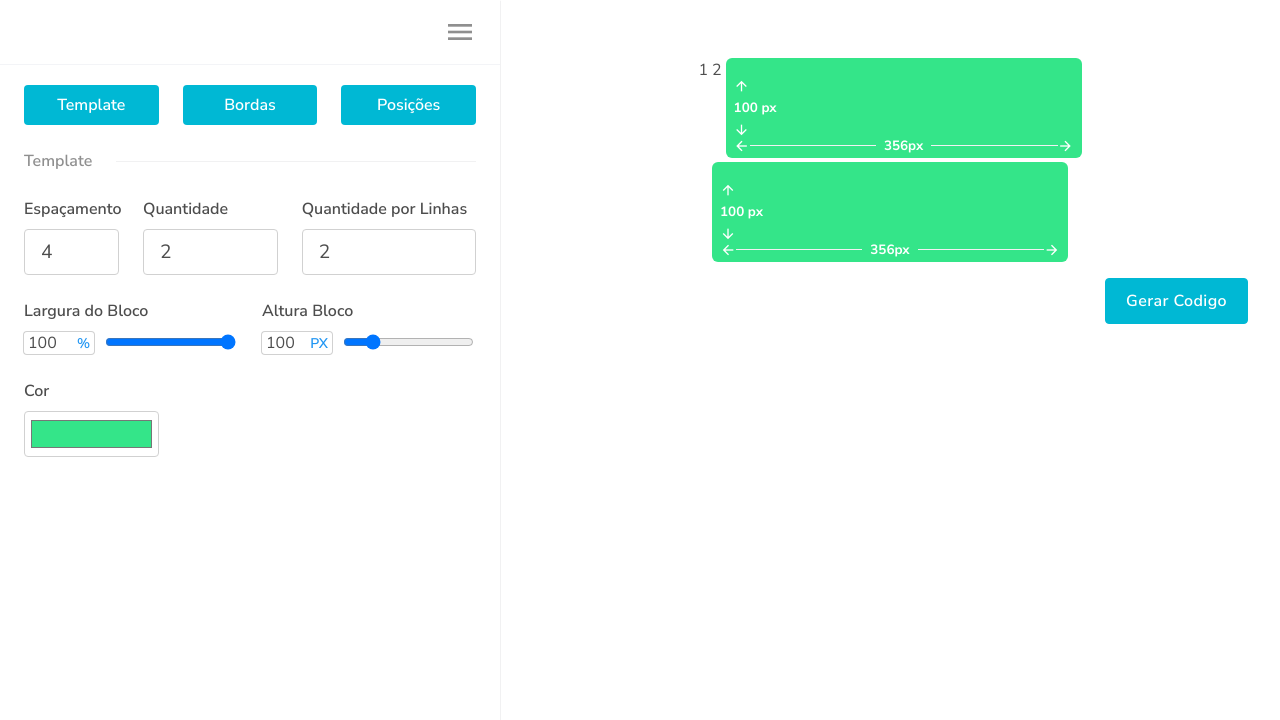
Repository: Flintdl/lowcode-elements
Page: /
These files come from the project's save history. The page is drawn as it stood at one moment and after the next save; the edit follows.
The browser window is 1280 px wide. The pictures show the whole page.
The project was rebuilt for these pictures with package versions that can differ from the ones it lists, and the page was loaded fresh each time. Also part of the build but not shown: vue.config.js.

Above is the page before, as saved 2022-04-06 12:22:32.

### src/assets/scss/_variables.scss
// Primarys Colors
$standardTextColor: #4d4d4d;

$primaryColor: #8e6dff;
$secondaryColor: #009997;
$buttonDisableColor: #9c9c9c;
$buttonDisableBgColor: #7676764d;

// Menu Colors

$bgMenuColor: #1d1d1d;
$linkMenuColor: #7b8089;
$iconMenuColor: #2a2a2a;
$borderMenuColor: #323232;

// Botão Colors

$btnPrimary: #00b8d4;
$btnPrimaryHover: #0085b0;

// Generics Colors

$whiteColor: #ffffff;
$mutedColor: #8f8f8f;
$cardColor: #f3f4f7;
$cardColorLight: #f9fafc;
$cardColorLightTwo: #f1f5fc;
$greyLight: #d1d1d1;

// Dropdown Colors

$dropdownHeaderColor: #5f5f5f;
$dropdownColor: #ebffff;

// State Colors

$successColor: #3dc661;
$dangerColor: #e7515a;
$warningColor: #e2a03f;
$infoColor: #2196f3;
$defaultColor: #172b4d;
$lightColor: #e0e0e0;

### src/views/HomeView.vue
<template>
  <div>
    <div class="sf-row">
      <div
        id="sf-preview-code-content"
        class="sf-col-12 sf-mx-auto sf-position-relative"
      >
        <!-- <div class="sf-display-flex sf-flex-wrap sf-width-100">
          <div
            id="sf-grid-template"
            class="sf-grid sf-position-relative"
            :style="{
              width: cssProps.width,
              height: String(valorHeight) + 'px',
              left: inputGap / 2 + 'px',
            }"
            v-bind:key="n"
            v-for="n of quantidade"
          ></div>
        </div> -->
        <div id="sf-preview-code">
          <div
            :style="gapProps"
            :class="[
              'sf-display-flex sf-flex-wrap sf-width-100',
              'sf-justify-content-' + checkValue,
            ]"
          >
            <span v-bind:key="linha" v-for="linha of Number(quantidadeLinha)">{{
              linha
            }}</span>
            <DivGrid
              v-bind:key="n"
              v-for="n of quantidade"
              :tamanho="String(valor)"
              :altura="String(valorHeight)"
              :cssDefinido="cssProps"
              class="sf-position-relative"
            />
          </div>
        </div>
      </div>
      <div class="sf-col-12 sf-mt-3 sf-display-flex sf-justify-content-end">
        <button class="sf-btn sf-btn-primary" @click="gerarCodigo">
          Gerar Codigo
        </button>
      </div>
    </div>
    <div class="sf-row" v-if="htmlPreviewCode">
      <div class="sf-col-12 sf-mx-auto sf-mt-5 sf-code-content">
        <div class="sf-bg-code sf-p-4 sf-border-radius">
          <code>
            <span class="sf-text-info">Código do Preview</span> <br />
            {{ htmlPreviewCode }}
          </code>
        </div>
      </div>
    </div>
  </div>
</template>

<script>
// @ is an alias to /src

import DivGrid from "@/components/templates/DivGrid.vue";

export default {
  name: "HomeView",
  data: function () {
    return {
      htmlPreviewCode: null,
    };
  },
  components: {
    DivGrid,
  },
  props: {
    valor: String,
    inputGap: String,
    quantidade: Number,
    valorHeight: String,
    quantidadeLinha: String,
    inputBorderRadius: String,
    checkValue: String,
    inputColor: String,
    inputBorder: String,
    inputBorderColor: String,
    inputBorderTipo: String,
  },
  computed: {
    cssProps() {
      return {
        width: `calc((${this.valor}% - ${this.inputGap}px * ${
          this.quantidadeLinha - "1"
        }) / ${this.quantidadeLinha})`,
        height: this.valorHeight + "px",
        "border-radius": this.inputBorderRadius + "px",
        "background-color": this.inputColor,
        border:
          this.inputBorder +
          "px" +
          " " +
          this.inputBorderTipo +
          " " +
          this.inputBorderColor,
      };
    },
    gapProps() {
      return {
        gap: this.inputGap + "px",
      };
    },
  },
  methods: {
    gerarCodigo() {
      this.htmlPreviewCode =
        document.getElementById("sf-preview-code").innerHTML;
    },
  },
};
</script>

<style>
#sf-grid-template:after {
  content: "";
  width: 100%;
  height: 150%;
  top: -25%;
  background-color: #ff008c0a;
  border: 1px solid rgba(255, 0, 140, 0.103);
  border-left: 2px solid #ff008c38;
  border-right: 2px solid #ff008c38;
  position: absolute;
}
</style>

### src/components/templates/InputGapTemplate.vue
<template>
  <div class="sf-col-3 sf-form-group">
    <label class="sf-label">Espaçamento</label>
    <input
      type="number"
      min="1"
      max="12"
      value="2"
      id="inputGap"
      v-model="valor"
      class="filter-states sf-text-capitalize"
      placeholder="Quantidade de Blocos"
    />
  </div>
</template>

<script>
export default {
  props: {
    valorInput: String,
  },
  computed: {
    valor: {
      get() {
        var inp = this.valorInput;
        return inp;
      },
      set(valorInput) {
        this.$emit("callback", valorInput);
      },
    },
  },
};
</script>

<style></style>

### src/components/templates/InputQuantidadeTemplate.vue
<template>
  <div class="sf-col-4 sf-form-group">
    <label class="sf-label">Quantidade</label>
    <input
      type="number"
      value="1"
      id="inputQuantidade"
      v-model="valor"
      class="filter-states sf-text-capitalize"
      placeholder="Quantidade de Blocos"
    />
  </div>
</template>

<script>
export default {
  props: {
    valorInput: String,
  },
  computed: {
    valor: {
      get() {
        var inp = this.valorInput;
        return inp;
      },
      set(valorInput) {
        this.$emit("callback", valorInput);
      },
    },
  },
};
</script>

<style></style>

### src/components/templates/InputQuantLinhasTemplate.vue
<template>
  <div class="sf-col-5 sf-form-group">
    <label class="sf-label">Quantidade por Linhas</label>
    <input
      type="number"
      min="1"
      max="12"
      value="1"
      id="inputQuantidadeLinha"
      v-model="valor"
      class="filter-states sf-text-capitalize"
      placeholder="Quantidade Linha"
    />
  </div>
</template>

<script>
export default {
  props: {
    valorInput: String,
  },
  computed: {
    valor: {
      get() {
        var inp = this.valorInput;
        return inp;
      },
      set(valorInput) {
        this.$emit("callback", valorInput);
      },
    },
  },
};
</script>

<style></style>

### src/components/templates/InputLarguraBloco.vue
<template>
  <div class="sf-col-6 sf-form-group">
    <label class="sf-label">Largura do Bloco</label>
    <div class="sf-input-group">
      <div
        class="sf-input-group-append sf-display-flex sf-justify-content-center"
      >
        <div
          class="sf-display-flex sf-align-items-center sf-justify-content-center sf-border-left-0 sf-border-radius sf-border-radius-left-0 sf-pr-2 sf-text-info sf-font-weight-bold sf-min-80-px"
        >
          <div class="sf-input-group">
            <input
              type="number"
              value="1"
              min="1"
              max="100"
              v-model="valor"
              class="sf-text-md sf-height-fit-content sf-pr-0 sf-pl-1 sf-border-right-0 sf-border-radius-right-0 sf-text-capitalize"
              placeholder="Curva da Borda"
            />
            <div
              class="sf-input-group-append sf-display-flex sf-justify-content-center"
            >
              <div
                class="sf-display-flex sf-align-items-center sf-border sf-justify-content-center sf-border-left-0 sf-border-radius sf-border-radius-left-0 sf-pr-1 sf-text-info sf-font-weight-bold sf-text-sm"
              >
                %
              </div>
            </div>
          </div>
        </div>
      </div>
      <input
        type="range"
        min="10"
        max="100"
        value="10"
        id="inputRange"
        v-model="valor"
        class="sf-px-0 sf-border-right-0 sf-border-radius-right-0 sf-text-capitalize"
      />
    </div>
  </div>
</template>

<script>
export default {
  props: {
    valorInput: String,
  },
  computed: {
    valor: {
      get() {
        var inp = this.valorInput;
        return inp;
      },
      set(valorInput) {
        this.$emit("callback", valorInput);
      },
    },
  },
};
</script>

<style></style>

### src/components/templates/InputAlturaBloco.vue
<template>
  <div class="sf-col-6 sf-form-group">
    <label class="sf-label">Altura Bloco</label>
    <div class="sf-input-group">
      <div
        class="sf-input-group-append sf-display-flex sf-justify-content-center"
      >
        <div
          class="sf-display-flex sf-align-items-center sf-justify-content-center sf-border-left-0 sf-border-radius sf-border-radius-left-0 sf-pr-2 sf-text-info sf-font-weight-bold sf-min-80-px"
        >
          <div class="sf-input-group">
            <input
              type="number"
              value="1"
              min="1"
              max="500"
              v-model="valor"
              class="sf-text-md sf-height-fit-content sf-pr-0 sf-pl-1 sf-border-right-0 sf-border-radius-right-0 sf-text-capitalize"
              placeholder="Curva da Borda"
            />
            <div
              class="sf-input-group-append sf-display-flex sf-justify-content-center"
            >
              <div
                class="sf-display-flex sf-align-items-center sf-border sf-justify-content-center sf-border-left-0 sf-border-radius sf-border-radius-left-0 sf-pr-1 sf-text-info sf-font-weight-bold sf-text-sm"
              >
                PX
              </div>
            </div>
          </div>
        </div>
      </div>
      <input
        type="range"
        min="10"
        max="500"
        id="valorHeight"
        v-model="valor"
        class="sf-px-0 sf-border-right-0 sf-border-radius-right-0 sf-text-capitalize"
      />
    </div>
  </div>
</template>

<script>
export default {
  props: {
    valorInput: String,
  },
  computed: {
    valor: {
      get() {
        var inp = this.valorInput;
        return inp;
      },
      set(valorInput) {
        this.$emit("callback", valorInput);
      },
    },
  },
};
</script>

<style></style>

### src/components/templates/InputBorderRadiusBloco.vue
<template>
  <div class="sf-col-6 sf-form-group">
    <label class="sf-label">Curva da Borda</label>
    <div class="sf-input-group">
      <div
        class="sf-input-group-append sf-display-flex sf-justify-content-center"
      >
        <div
          class="sf-display-flex sf-align-items-center sf-justify-content-center sf-border-left-0 sf-border-radius sf-border-radius-left-0 sf-pr-2 sf-text-info sf-font-weight-bold sf-min-80-px"
        >
          <div class="sf-input-group">
            <input
              type="number"
              value="1"
              min="1"
              max="50"
              v-model="valor"
              class="sf-text-md sf-height-fit-content sf-pr-0 sf-pl-1 sf-border-right-0 sf-border-radius-right-0 sf-text-capitalize"
              placeholder="Curva da Borda"
            />
            <div
              class="sf-input-group-append sf-display-flex sf-justify-content-center"
            >
              <div
                class="sf-display-flex sf-align-items-center sf-border sf-justify-content-center sf-border-left-0 sf-border-radius sf-border-radius-left-0 sf-pr-1 sf-text-info sf-font-weight-bold sf-text-sm"
              >
                PX
              </div>
            </div>
          </div>
        </div>
      </div>
      <input
        type="range"
        value="1"
        min="1"
        max="50"
        id="inputBorderRadius"
        v-model="valor"
        class="sf-px-0 sf-border-right-0 sf-border-radius-right-0 sf-text-capitalize"
        placeholder="Curva da Borda"
      />
    </div>
  </div>
</template>

<script>
export default {
  props: {
    valorInput: String,
  },
  computed: {
    valor: {
      get() {
        var inp = this.valorInput;
        return inp;
      },
      set(valorInput) {
        this.$emit("callback", valorInput);
      },
    },
  },
};
</script>

<style></style>

### src/components/templates/InputBorderBloco.vue
<template>
  <div class="sf-col-6 sf-form-group">
    <label class="sf-label">Tamanho da Borda</label>
    <div class="sf-input-group">
      <div
        class="sf-input-group-append sf-display-flex sf-justify-content-center"
      >
        <div
          class="sf-display-flex sf-align-items-center sf-justify-content-center sf-border-left-0 sf-border-radius sf-border-radius-left-0 sf-pr-2 sf-text-info sf-font-weight-bold sf-min-80-px"
        >
          <div class="sf-input-group">
            <input
              type="number"
              value="1"
              min="1"
              max="50"
              v-model="valor"
              class="sf-text-md sf-height-fit-content sf-pr-0 sf-pl-1 sf-border-right-0 sf-border-radius-right-0 sf-text-capitalize"
              placeholder="Curva da Borda"
            />
            <div
              class="sf-input-group-append sf-display-flex sf-justify-content-center"
            >
              <div
                class="sf-display-flex sf-align-items-center sf-border sf-justify-content-center sf-border-left-0 sf-border-radius sf-border-radius-left-0 sf-pr-1 sf-text-info sf-font-weight-bold sf-text-sm"
              >
                PX
              </div>
            </div>
          </div>
        </div>
      </div>
      <input
        type="range"
        value="1"
        min="0"
        max="24"
        id="inputBorder"
        v-model="valor"
        class="sf-px-0 sf-border-right-0 sf-border-radius-right-0 sf-text-capitalize"
        placeholder="Curva da Borda"
      />
    </div>
  </div>
</template>

<script>
export default {
  props: {
    valorInput: String,
  },
  computed: {
    valor: {
      get() {
        var inp = this.valorInput;
        return inp;
      },
      set(valorInput) {
        this.$emit("callback", valorInput);
      },
    },
  },
};
</script>

<style></style>

### src/components/templates/InputPosicaoBloco.vue
<template>
  <div class="sf-row">
    <div class="sf-col-12 sf-form-group">
      <span
        class="sf-text-md sf-font-weight-bold sf-text-muted sf-display-flex sf-align-items-center"
      >
        Posições
        <hr class="sf-width-100 sf-ml-4" />
      </span>
    </div>
    <div class="sf-col-auto sf-form-group">
      <input
        id="start"
        type="radio"
        name="positionDivs"
        v-model="valor"
        value="start"
        checked
      />
      <label for="start"> Esquerda</label>
    </div>

    <div class="sf-col-auto sf-form-group">
      <input
        type="radio"
        id="center"
        name="positionDivs"
        v-model="valor"
        value="center"
      />
      <label for="center"> Centro</label>
    </div>

    <div class="sf-col-auto sf-form-group">
      <input
        type="radio"
        id="end"
        name="positionDivs"
        v-model="valor"
        value="end"
      />
      <label for="end"> Final</label>
    </div>
    <div class="sf-col-auto sf-form-group">
      <input
        type="radio"
        id="between"
        name="positionDivs"
        v-model="valor"
        value="between"
      />
      <label for="between"> Laterais</label>
    </div>
    <div class="sf-col-auto sf-form-group">
      <input
        type="radio"
        id="around"
        name="positionDivs"
        v-model="valor"
        value="around"
      />
      <label for="around"> Meio</label>
    </div>
  </div>
</template>

<script>
export default {
  props: {
    valorInput: String,
  },
  computed: {
    valor: {
      get() {
        var inp = this.valorInput;
        return inp;
      },
      set(valorInput) {
        this.$emit("callback", valorInput);
      },
    },
  },
};
</script>

<style></style>

### src/components/templates/InputBorderCorBloco.vue
<template>
  <div class="sf-col sf-form-group">
    <label class="sf-label">Cor</label>
    <input
      type="color"
      id="inputBorderColor"
      v-model="valor"
      class="sf-p-1 sf-text-capitalize"
      placeholder="Quantidade de Blocos"
    />
  </div>
</template>

<script>
export default {
  props: {
    valorInput: String,
  },
  computed: {
    valor: {
      get() {
        var inp = this.valorInput;
        return inp;
      },
      set(valorInput) {
        this.$emit("callback", valorInput);
      },
    },
  },
};
</script>

<style></style>

### src/components/templates/InputBorderTipoBloco.vue
<template>
  <div class="sf-col-10 sf-form-group">
    <label class="sf-label">Tipo de Borda</label>
    <select
      id="inputBorderTipo"
      v-model="control"
      :items="items"
      @change="onSelectType"
      class="sf-text-capitalize"
    >
      <option
        v-bind:key="item.value"
        :value="item.value"
        :disabled="!item.value"
        v-for="item of items"
      >
        {{ item.label }}
      </option>
    </select>
  </div>
</template>

<script>
export default {
  props: {
    valorInput: String,
  },
  data: () => {
    return {
      items: [
        { label: "Solid", value: "solid" },
        { label: "Dashed", value: "dashed" },
      ],
    };
  },
  computed: {
    control: {
      get() {
        return this.valorInput;
      },
      set(valorInput) {
        this.$emit("callback", valorInput);
      },
    },
  },
  methods: {
    onSelectType(event) {
      this.$emit("change", event);
    },
  },
};
</script>

<style></style>

### src/components/templates/DivGrid.vue
<template>
  <div
    class="sf-position-relative sf-overflow-hidden"
    :style="cssDefinido"
    ref="container"
  >
    <div
      class="sf-height-position sf-position-absolute sf-display-flex sf-flex-column sf-px-2"
    >
      <i
        class="mdi mdi-arrow-up sf-text-md sf-text-white sf-dropdown-action"
      ></i>
      <span class="sf-text-white sf-font-weight-extra-bold sf-text-center">
        {{ altura }}
        px
      </span>
      <i
        class="mdi mdi-arrow-down sf-text-md sf-text-white sf-dropdown-action"
      ></i>
    </div>
    <div
      class="sf-width-position sf-width-100 sf-position-absolute sf-display-flex sf-align-items-center sf-px-2"
    >
      <i
        class="mdi mdi-arrow-left sf-text-md sf-text-white sf-dropdown-action"
      ></i>
      <hr class="sf-width-100 sf-mr-2" />
      <span class="sf-text-white sf-font-weight-extra-bold sf-text-center">
        {{ larguraPixel }}px
      </span>
      <hr class="sf-width-100 sf-ml-2" />
      <i
        class="mdi mdi-arrow-right sf-text-md sf-text-white sf-dropdown-action"
      ></i>
    </div>
  </div>
</template>

<script>
export default {
  data() {
    return {
      larguraPixel: null,
    };
  },
  mounted() {
    this.larguraPixel = this.$refs.container?.offsetWidth;
  },

  props: {
    cssDefinido: Object,
    tamanho: String,
    altura: String,
  },
  created() {
    this.$watch("tamanho", () => {
      this.larguraPixel = this.$refs.container?.offsetWidth;
    });
  },
};
</script>

<style lang="scss" scoped>
.sf-height-position,
.sf-width-position {
  font-size: 1.4ch;
}
.sf-height-position {
  transform: translateY(-50%);
  left: 0;
  top: 50%;
}
.sf-width-position {
  transform: translateX(-50%);
  bottom: 0;
  left: 50%;
}
</style>

Loaded but not shown: public/index.html (common file); src/main.js (common file); src/App.vue (common file); src/registerServiceWorker.js (common file); src/router/index.js (common file); src/assets/scss/materialdesignicons.scss (9 lines, source omitted); src/assets/scss/style.scss (4102 lines, source omitted); src/components/Menu/MenuTemplate.vue (297 lines, source omitted); src/assets/scss/menu.scss (402 lines, source omitted); src/assets/scss/standard.scss (381 lines, source omitted)

After the next save:
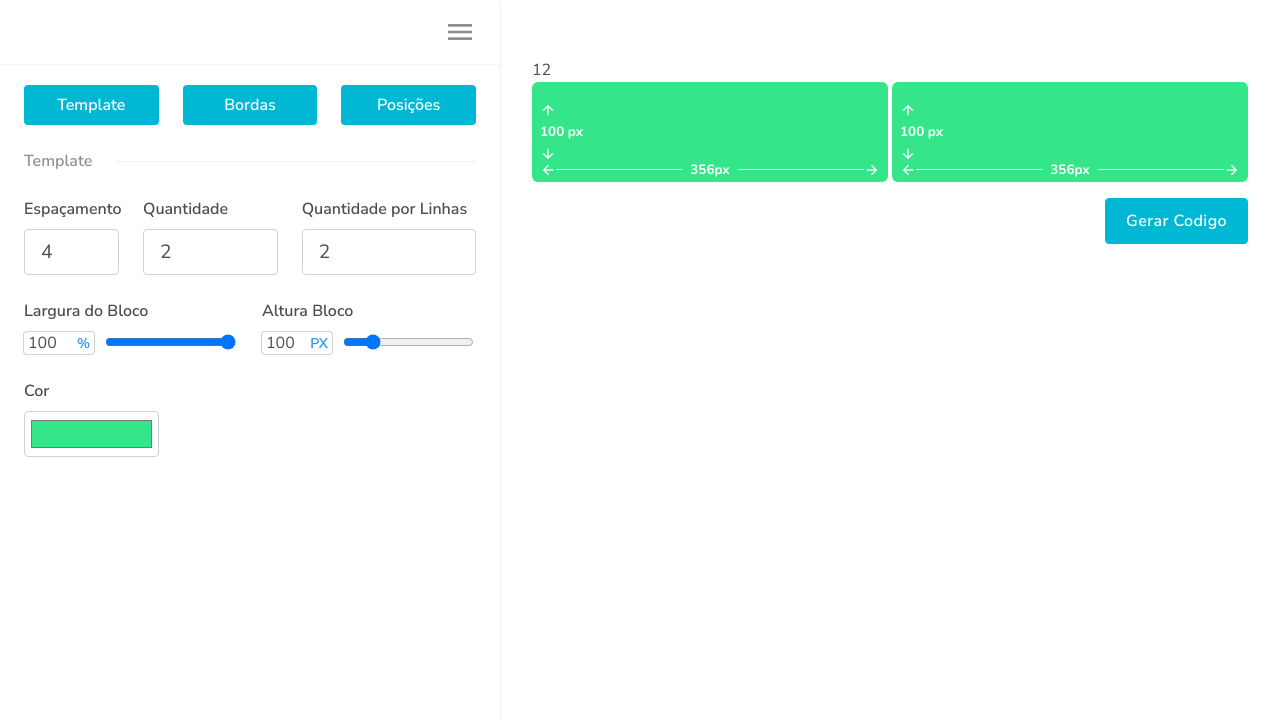
Saved 20 s later.
--- a/src/views/HomeView.vue
+++ b/src/views/HomeView.vue
@@ -19,6 +19,9 @@
           ></div>
         </div> -->
         <div id="sf-preview-code">
+          <span v-bind:key="linha" v-for="linha of Number(quantidadeLinha)">{{
+            linha
+          }}</span>
           <div
             :style="gapProps"
             :class="[
@@ -26,9 +29,6 @@
               'sf-justify-content-' + checkValue,
             ]"
           >
-            <span v-bind:key="linha" v-for="linha of Number(quantidadeLinha)">{{
-              linha
-            }}</span>
             <DivGrid
               v-bind:key="n"
               v-for="n of quantidade"
